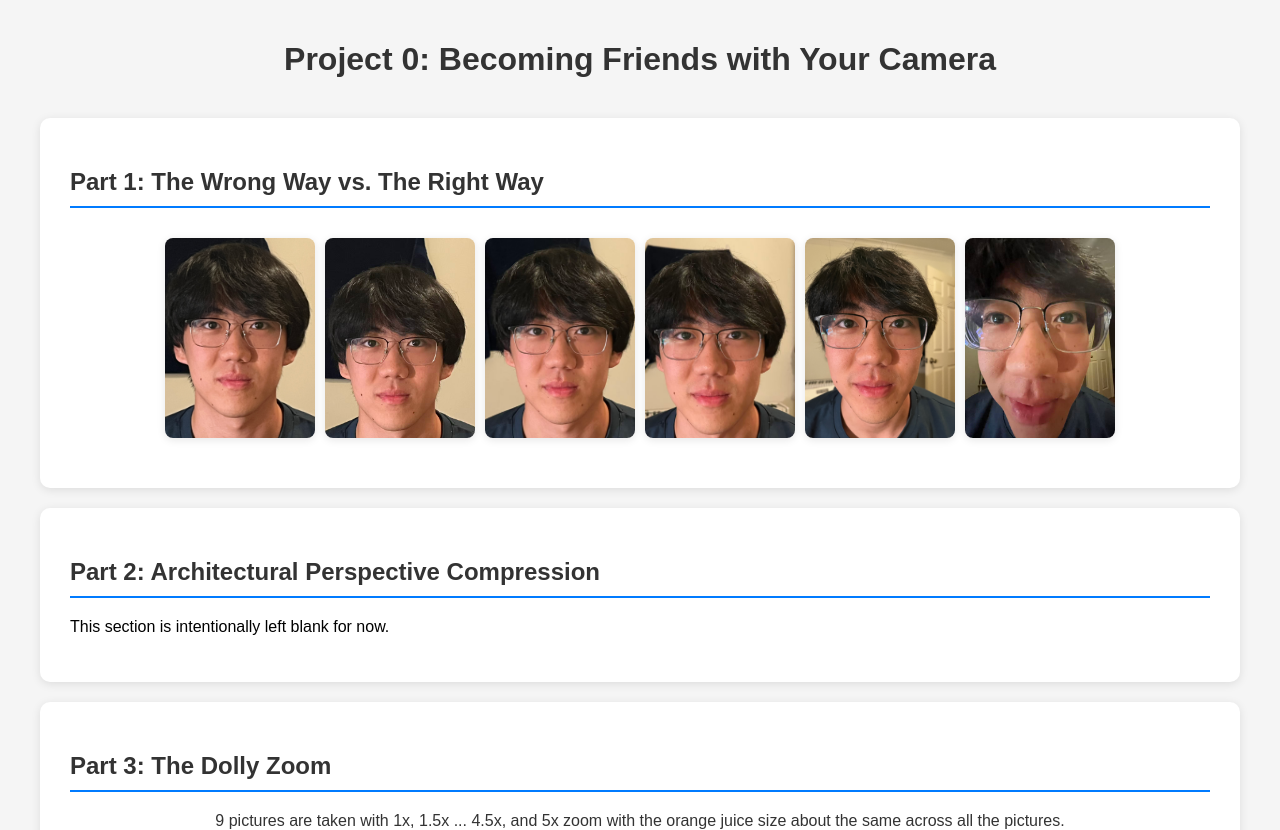
Repository: shuo-yuan/shuo-yuan.github.io
Page: 0/index.html
The author's editor kept a copy of each file at every save. The page is drawn from the files as they stood at one save, then again after the next save.
The browser window is 1280 px wide. The pictures show the part of the page from y = 0 to 830 px (the page is 1224 px tall before and 1232 px after).
A picture or video elsewhere on the page could not be fetched, so the positions and the page height are approximate.

Above is the page before, as saved 2025-09-02 02:16:52.

### 0/index.html
<!DOCTYPE html>
<html lang="en">
<head>
    <meta charset="UTF-8">
    <meta name="viewport" content="width=device-width, initial-scale=1.0">
    <title>Project 0: Becoming Friends with Your Camera</title>
    <style>
        body {
            font-family: Arial, sans-serif;
            max-width: 1200px;
            margin: 0 auto;
            padding: 20px;
            background-color: #f5f5f5;
        }

        .part {
            background: white;
            margin: 20px 0;
            padding: 30px;
            border-radius: 10px;
            box-shadow: 0 2px 10px rgba(0,0,0,0.1);
        }

        .part h2 {
            color: #333;
            border-bottom: 2px solid #007bff;
            padding-bottom: 10px;
            margin-bottom: 20px;
        }


        .gif-container {
            text-align: center;
        }

        .gif-container img {
            max-width: 60%;
            height: auto;
            border-radius: 8px;
            box-shadow: 0 4px 15px rgba(0,0,0,0.2);
        }

        .gif-container p {
            margin-top: 15px;
            color: #666;
            font-size: 14px;
        }

        .selfie-row {
            display: flex;
            justify-content: center;
            align-items: center;
            gap: 10px;
            margin: 30px 0 20px 0;
            flex-wrap: wrap;
        }

        .selfie-row img {
            max-width: 200px;
            max-height: 200px;
            width: auto;
            height: auto;
            border-radius: 8px;
            box-shadow: 0 2px 8px rgba(0,0,0,0.1);
            object-fit: cover;
        }
    </style>
</head>
<body>
    <h1 style="text-align: center; color: #333; margin-bottom: 40px;">Project 0: Becoming Friends with Your Camera</h1>

    <div class="part part1">
        <h2>Part 1: The Wrong Way vs. The Right Way</h2>
        <div class="selfie-row">
            <img src="media/selfie_5.jpg" alt="Selfie 5x">
            <img src="media/selfie_4.jpg" alt="Selfie 4x">
            <img src="media/selfie_3.jpg" alt="Selfie 3x">
            <img src="media/selfie_2.jpg" alt="Selfie 2x">
            <img src="media/selfie_1.jpg" alt="Selfie 1x">
            <img src="media/selfie_05.jpg" alt="Selfie 0.5x">
        </div>
    </div>

    <div class="part part2">
        <h2>Part 2: Architectural Perspective Compression</h2>
        <div class="part2">
            <p>This section is intentionally left blank for now.</p>
        </div>
    </div>

    <div class="part part3">
        <h2>Part 3: The Dolly Zoom</h2>
        <p style="text-align: center; margin-bottom: 20px; color: #333; font-size: 16px;">9 pictures are taken with 1x, 1.5x ... 4.5x, and 5x zoom with the orange juice size about the same across all the pictures.</p>
        <div class="gif-container">
            <img src="../0/media/recurring_animation.gif" alt="Recurring Animation GIF" onerror="this.style.display='none'; this.nextElementSibling.style.display='block';">
        </div>
    </div>
</body>
</html>

After the next save:
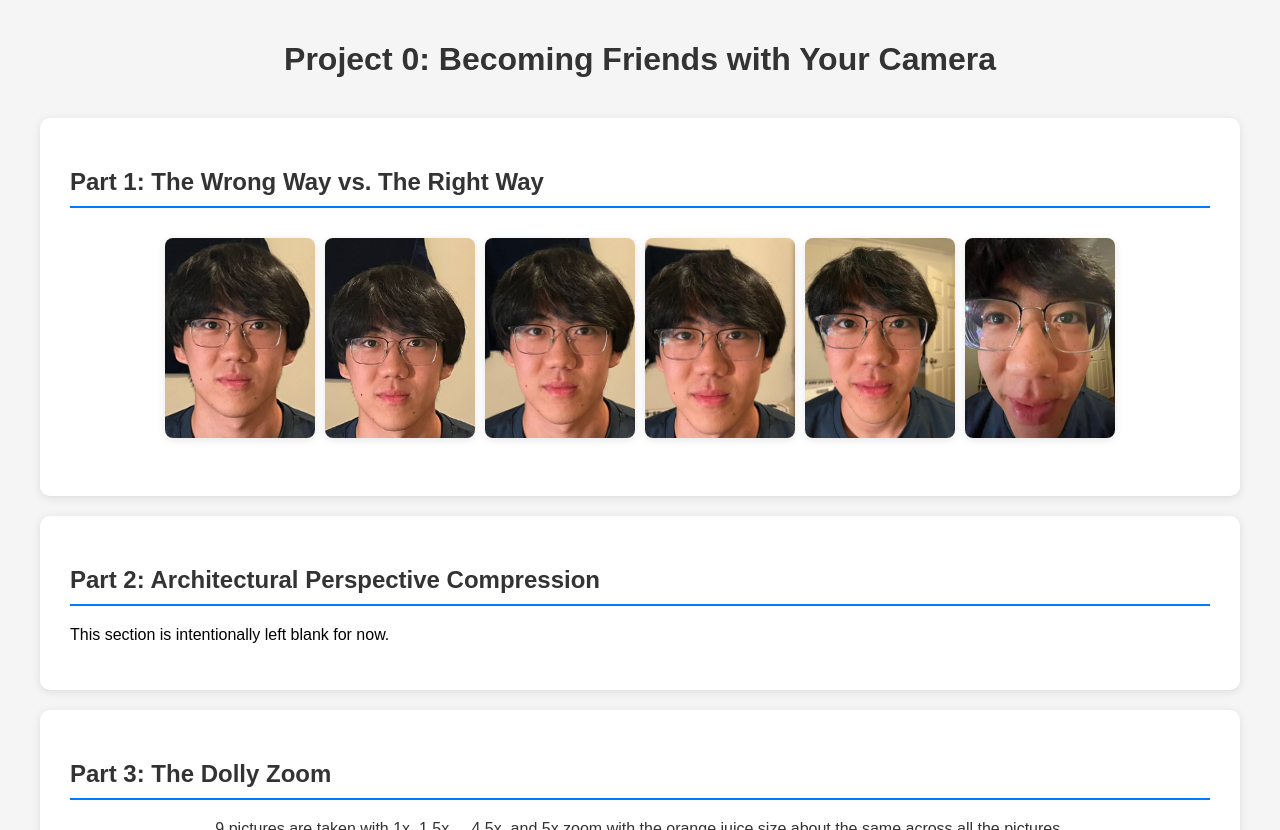
Saved 37 s later.
--- a/0/index.html
+++ b/0/index.html
@@ -55,6 +55,13 @@
             flex-wrap: wrap;
         }
 
+        .selfie-item {
+            display: flex;
+            flex-direction: column;
+            align-items: center;
+            text-align: center;
+        }
+
         .selfie-row img {
             max-width: 200px;
             max-height: 200px;
@@ -63,6 +70,14 @@
             border-radius: 8px;
             box-shadow: 0 2px 8px rgba(0,0,0,0.1);
             object-fit: cover;
+            margin-bottom: 8px;
+        }
+
+        .selfie-caption {
+            font-size: 12px;
+            color: #666;
+            font-weight: 500;
+            margin-top: 4px;
         }
     </style>
 </head>
